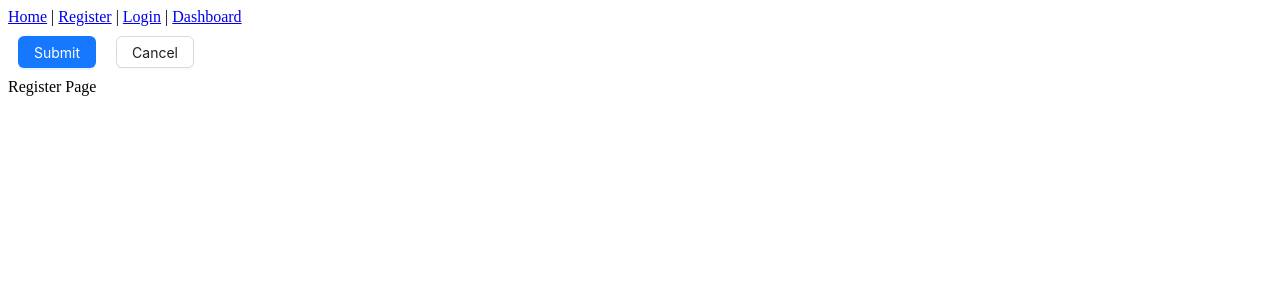
Repository: shaynewx/Airbrb
Page: /register (app in frontend/)
An editor plug-in stored every save of this project. The page is shown before and after the next save, followed by the edit.
The browser window is 1280 px wide. The pictures show the whole page.
The project was rebuilt for these pictures with package versions that can differ from the ones it lists, and the page was loaded fresh each time. Also part of the build but not shown: frontend/src/components/Home.jsx, frontend/src/components/form/apiService.jsx, frontend/src/components/form/LoginForm.jsx, frontend/src/components/Login.jsx, frontend/src/components/Dashboard.jsx.

Above is the page before, as saved 2023-11-07 12:45:37.

### frontend/src/App.jsx
import React from 'react';
import { BrowserRouter as Router } from 'react-router-dom';
import PageList from './PageList';

function App () {
  return (
    <Router>
      <PageList />
    </Router>
  );
}

export default App;

### frontend/src/PageList.jsx
import React from 'react';
import { Routes, Route, Link } from 'react-router-dom';
import Home from './components/Home';
import Register from './components/Register';
import Login from './components/Login';
import Dashboard from './components/Dashboard';
import SubmitButton from './components/button/SubmitButton';
import CancelButton from './components/button/CancelButton';

function PageList () {
  const [token, setToken] = React.useState(null);
  // const logout = () => {
  //   setToken(null);
  //   localStorage.removeItem('token');
  // }

  // const bookroom = () => {
  //   console.log('bookroom');
  // }

  return (
    <>
      <nav>
        <Link to="/">Home</Link>
        &nbsp;|&nbsp;
        <Link to="/register">Register</Link>
        &nbsp;|&nbsp;
        <Link to="/login">Login</Link>
        &nbsp;|&nbsp;
        <Link to="/dashboard">Dashboard</Link>
      </nav>
      <SubmitButton type="primary"></SubmitButton>
      <CancelButton></CancelButton>
      <Routes>
        <Route path="/" element={<Home />} />
        <Route path="/register" element={<Register token={token} setToken={setToken} />} />
        <Route path="/login" element={<Login token={token} setToken={setToken} />} />
        <Route path="/dashboard" element={<Dashboard token={token} />} />
      </Routes>
    </>
  );
}

export default PageList;

### frontend/src/components/Register.jsx
import React from 'react';

function Register () {
  return (
    <div>
      {/* 注册界面代码 */}
      Register Page
    </div>
  );
}

export default Register;

### frontend/src/components/button/SubmitButton.jsx
import React from 'react';
import { Button } from 'antd';

const SubmitButton = () => (
  <Button type="primary" style={{ margin: '10px' }}>Submit</Button>
);

export default SubmitButton;

### frontend/src/components/button/CancelButton.jsx
import React from 'react';
import { Button } from 'antd';

const CancelButton = () => (
  <Button style={{ margin: '10px' }}>Cancel</Button>
);

export default CancelButton;

Loaded but not shown: frontend/src/index.jsx (common file)

After the next save:
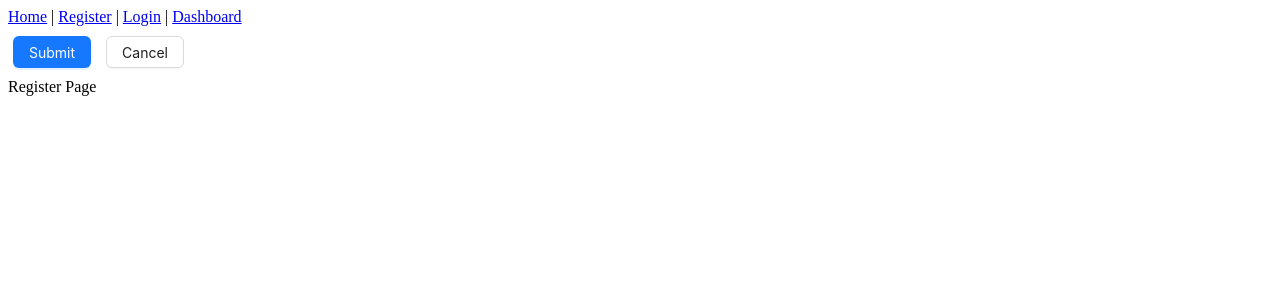
Saved 7 s later.
--- a/frontend/src/components/button/SubmitButton.jsx
+++ b/frontend/src/components/button/SubmitButton.jsx
@@ -2,7 +2,7 @@ import React from 'react';
 import { Button } from 'antd';
 
 const SubmitButton = () => (
-  <Button type="primary" style={{ margin: '10px' }}>Submit</Button>
+  <Button type="primary" style={{ margin: '5px' }}>Submit</Button>
 );
 
 export default SubmitButton;
